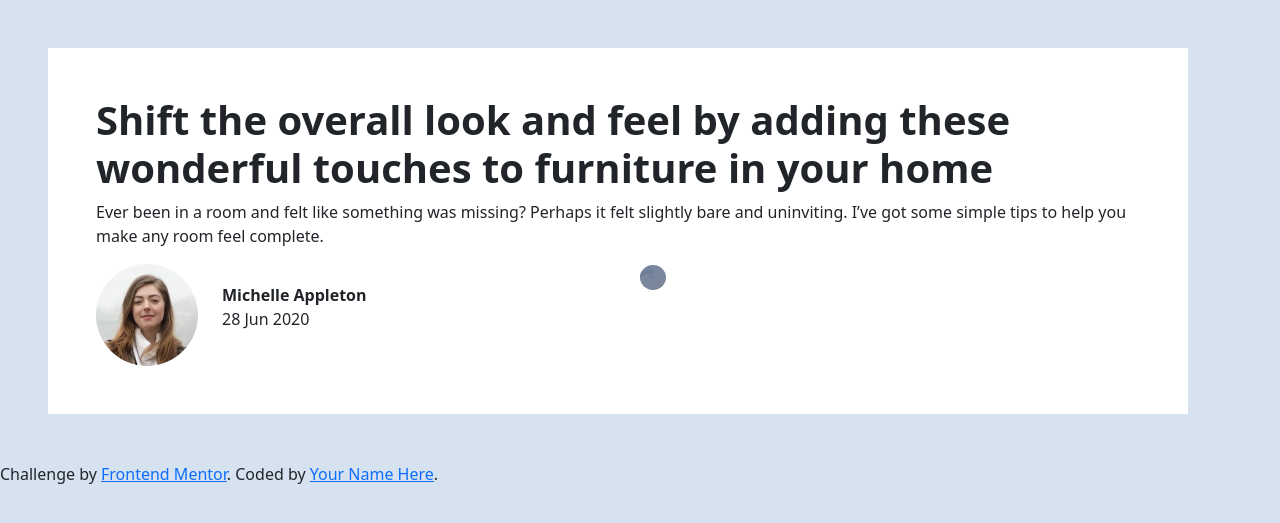
Repository: blordeus/article-preview-component
Page: index.html
These files come from the project's save history. The page is drawn as it stood at one moment and after a run of saves; the edit follows.
The browser window is 1280 px wide. The pictures show the whole page.

Above is the page before, as saved 2024-05-17 10:58:25.

After the next 5 saves:
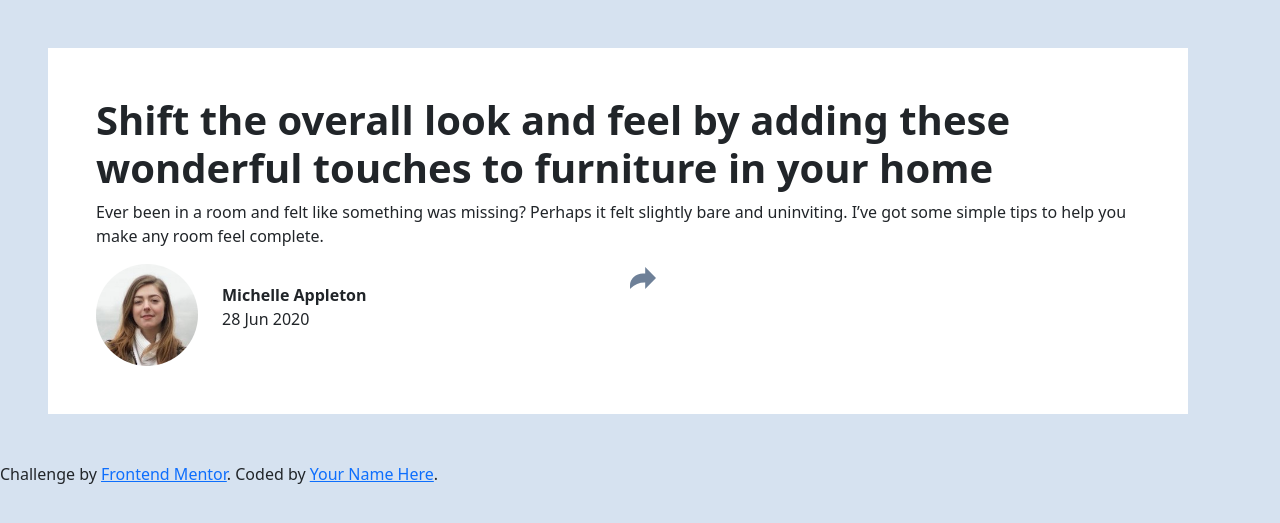
The 5 saves are shown as one change because they came seconds apart.
The last was saved 15 s later.
--- a/style.css
+++ b/style.css
@@ -23,6 +23,9 @@ main {
 
 #share {
     width: 5%;
+}
+
+.share-background {
     /* add grayish blue circle as background to icon */
     background-image: url(./images/icon-share.svg);
     background-repeat: no-repeat;
@@ -34,7 +37,3 @@ main {
     margin-right: 10px;
 
 }
-
-.share-background {
-
-}
